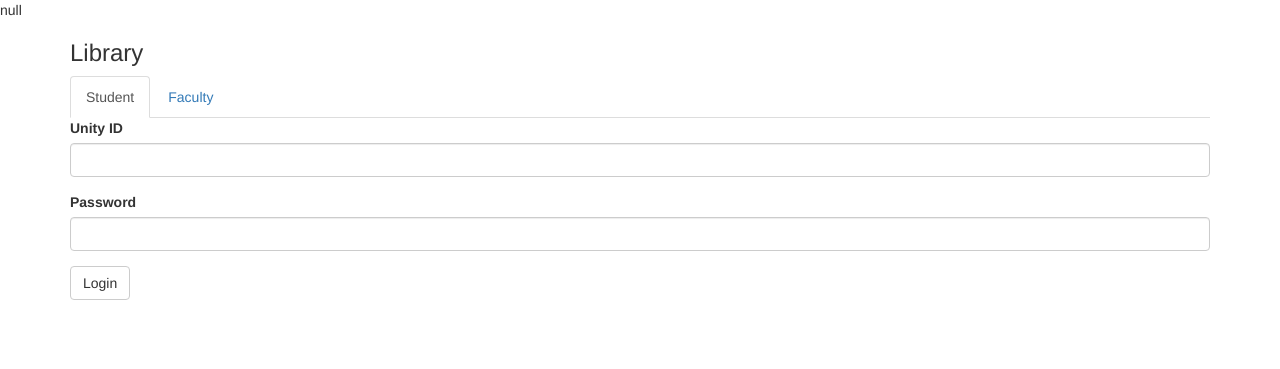
Repository: shrutikk/Library
Page: http://localhost/Library/
These files come from the project's save history. The page is drawn as it stood at one moment and after the next save; the edit follows.
The browser window is 1280 px wide. The pictures show the whole page.
Some web libraries are served in a nearby version. The page is served by Tomcat 9.

Above is the page before, as saved 2015-10-15 20:10:06.

After the next save:
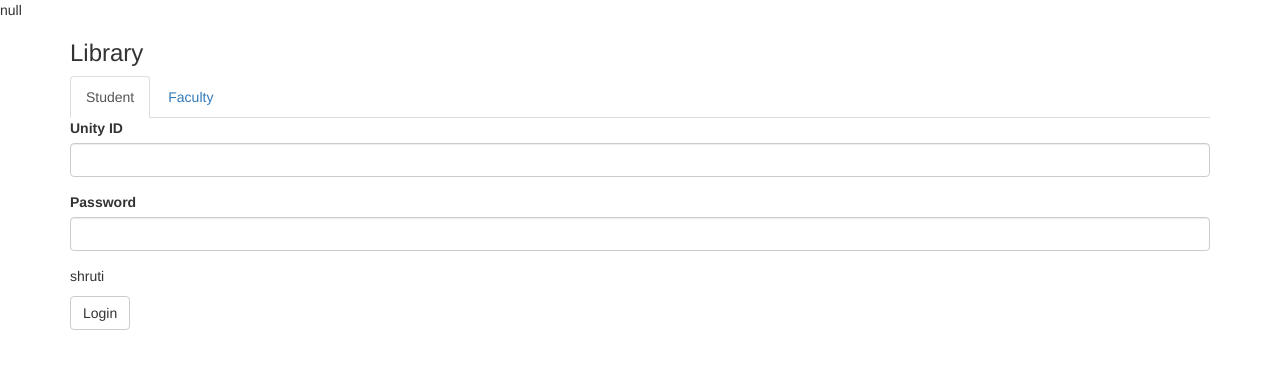
Saved 27 s later.
--- a/Library/WebContent/Library.jsp
+++ b/Library/WebContent/Library.jsp
@@ -13,6 +13,7 @@
 <%
 String login_msg=(String)request.getAttribute("error");
 out.println(login_msg);
+login_msg="shruti";
 %>
 <div class="container">
   <h3>Library</h3>

After the save that followed:
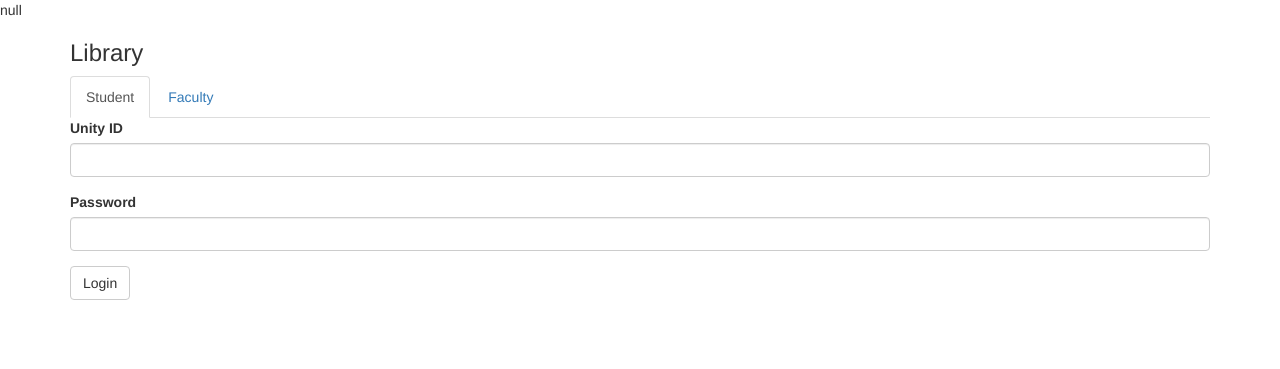
Saved 11 s later.
--- a/Library/WebContent/Library.jsp
+++ b/Library/WebContent/Library.jsp
@@ -13,7 +13,6 @@
 <%
 String login_msg=(String)request.getAttribute("error");
 out.println(login_msg);
-login_msg="shruti";
 %>
 <div class="container">
   <h3>Library</h3>
